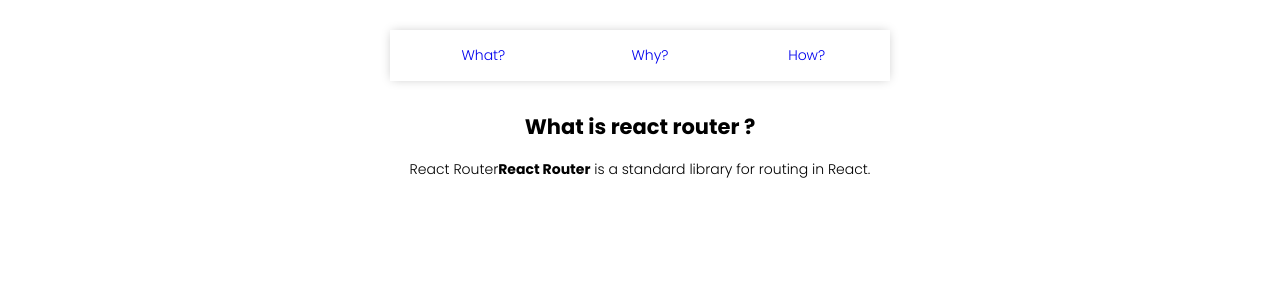
Repository: nguy3nds/2021-18-9-react
Page: /How
The author's editor kept a copy of each file at every save. The page is drawn from the files as they stood at one save, then again after the next save.
The browser window is 1280 px wide. The pictures show the whole page.
The project was rebuilt for these pictures with package versions that can differ from the ones it lists, and the page was loaded fresh each time. Also part of the build but not shown: src/components/How.js, src/components/Why.js.

Above is the page before, as saved 2021-09-18 23:59:24.

After the next save:
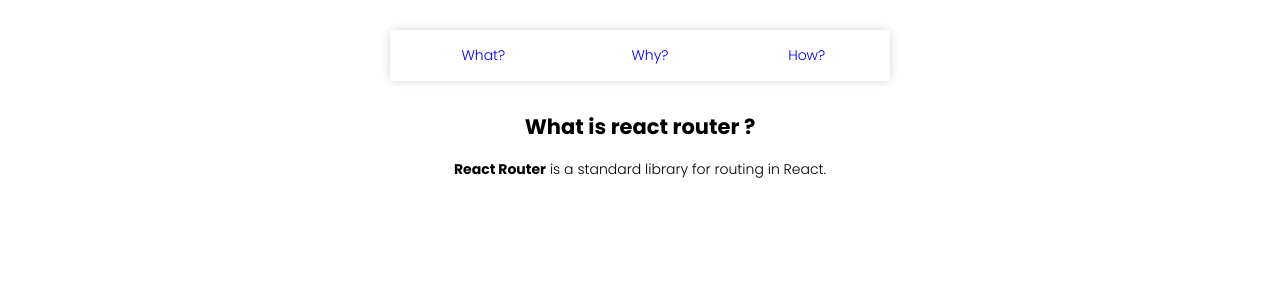
Saved 4 s later.
--- a/src/components/What.js
+++ b/src/components/What.js
@@ -5,7 +5,6 @@ export default function What() {
     <div>
       <h2>What is react router ?</h2>
       <p>
-        React Router
         <b>React Router</b> is a standard library for routing in React.
       </p>
     </div>
